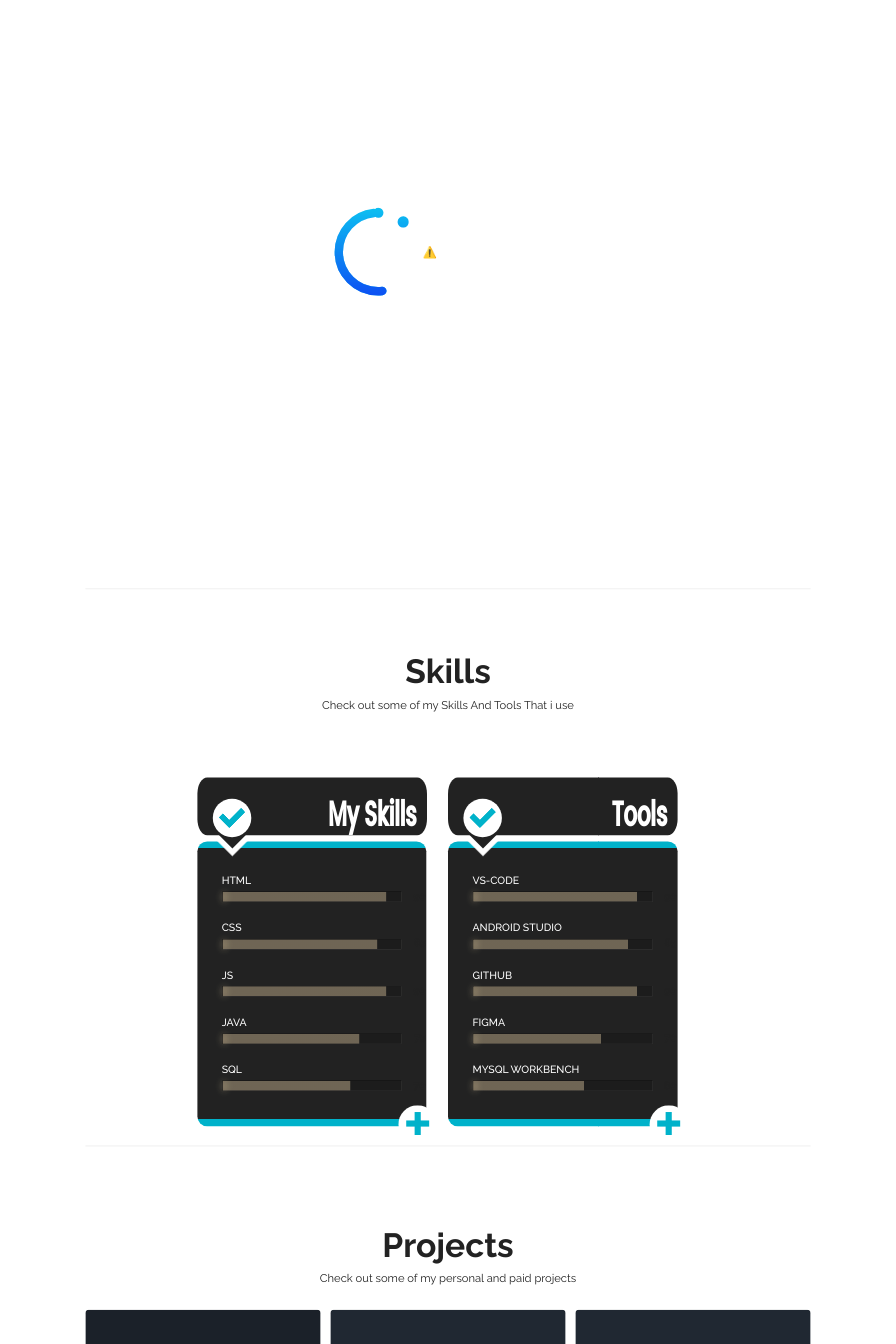
Repository: rahimmenadi/My-Website
Page: index.html
The author's editor kept a copy of each file at every save. The page is drawn from the files as they stood at one save, then again after a run of saves.
The browser window is 1280 px wide. The pictures show the part of the page from y = 0 to 1920 px (the page is 2803 px tall), at 70% of full size.
The page's requests for data from a server got no answer.

Above is the page before, as saved 2023-06-24 01:52:55.

After the next 3 saves:
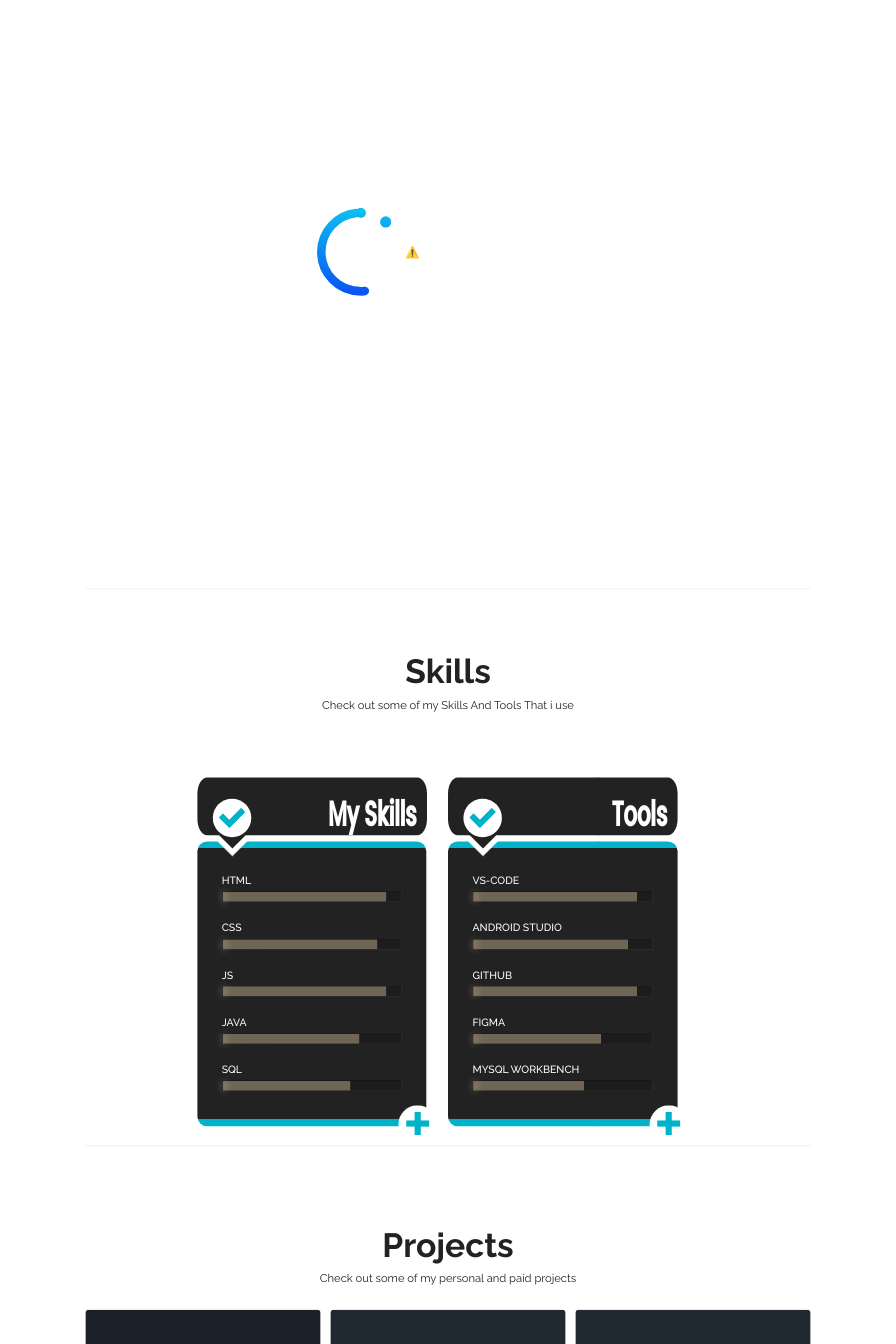
The 3 saves are shown as one change because they came seconds apart.
The last was saved 11 s later.
--- a/index.html
+++ b/index.html
@@ -84,7 +84,7 @@
     </svg>
     <div class="lottie-player">
       <script src="https://unpkg.com/@lottiefiles/lottie-player@latest/dist/lottie-player.js"></script>
-<lottie-player src="https://assets10.lottiefiles.com/packages/lf20_5s1rumi5.json"  background="transparent"  speed="1.80"  style="width: 200px; height: 300px;"  loop  autoplay></lottie-player>
+<lottie-player src="https://assets10.lottiefiles.com/packages/lf20_5s1rumi5.json"  background="transparent"  speed="1.80"  style="width: 250px; height: 300px;"  loop  autoplay></lottie-player>
     </div>
   </div>
     <header id="hero">
